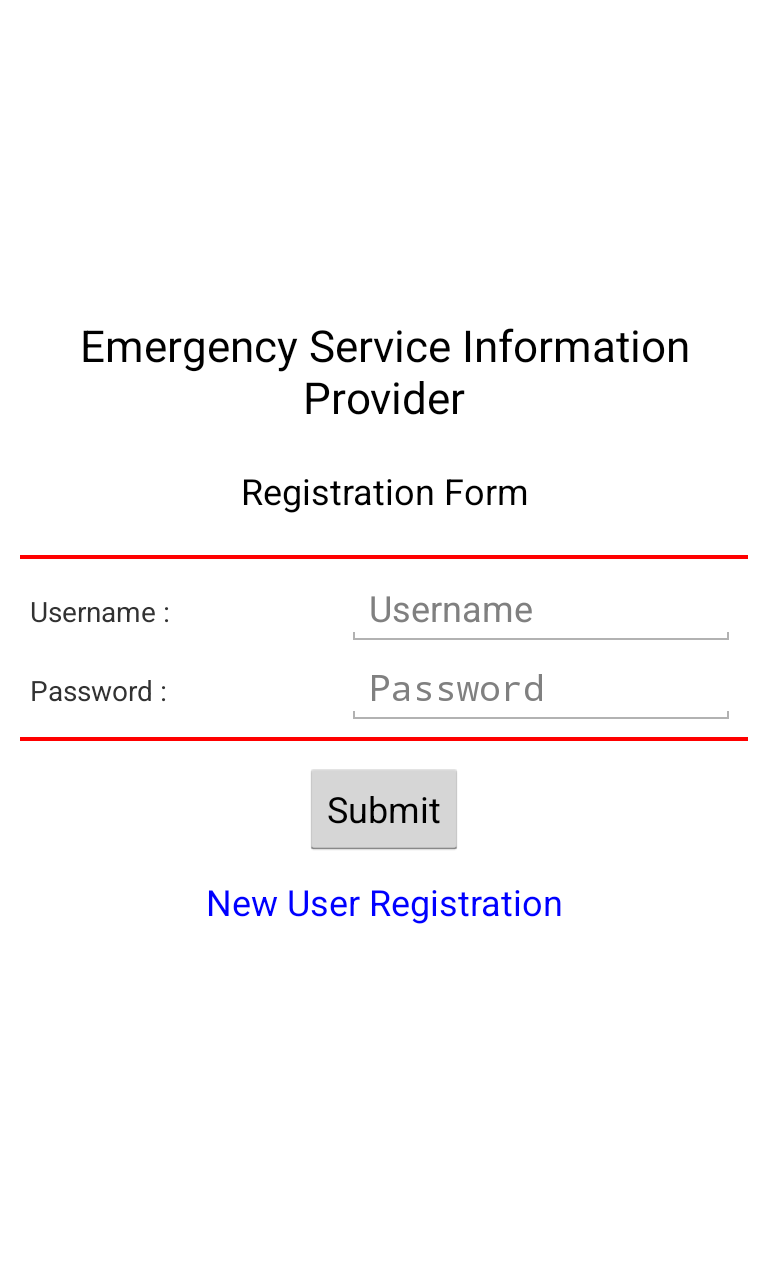
Repository: mansee8/Emergency-Service-Information-Provider
Layout: Emergency Service Information Provider/ESIP/ESIP/res/layout/user_registration.xml
These files come from the project's save history. The layout is drawn as it stood at one moment and after the next save; the edit follows.
It is drawn on a 768 x 1280 px phone screen (xhdpi) without system bars, with theme AppTheme; the app's code is not run.

Above is the layout before, as saved 2014-02-28 10:10:28.

After the next save:
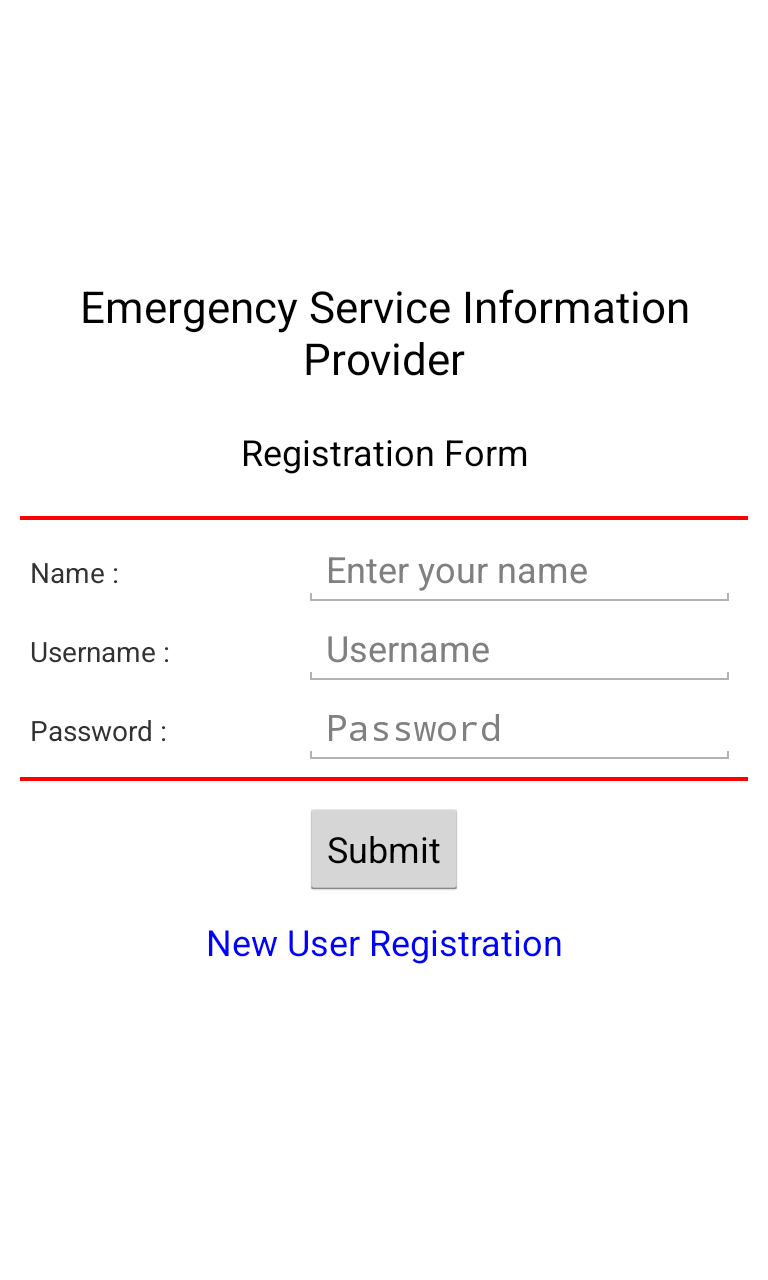
Saved 74 s later.
--- a/Emergency Service Information Provider/ESIP/ESIP/res/layout/user_registration.xml
+++ b/Emergency Service Information Provider/ESIP/ESIP/res/layout/user_registration.xml
@@ -39,6 +39,20 @@
             android:layout_height="wrap_content"
             android:padding="5dp"
             android:stretchColumns="*" >
+
+            <TableRow>
+
+                <TextView
+                    android:layout_width="wrap_content"
+                    android:layout_height="wrap_content"
+                    android:text="Name : " />
+
+                <EditText
+                    android:id="@+id/usernameEditText"
+                    android:layout_width="wrap_content"
+                    android:layout_height="wrap_content"
+                    android:hint="Enter your name" />
+            </TableRow>
 
             <TableRow>
 
